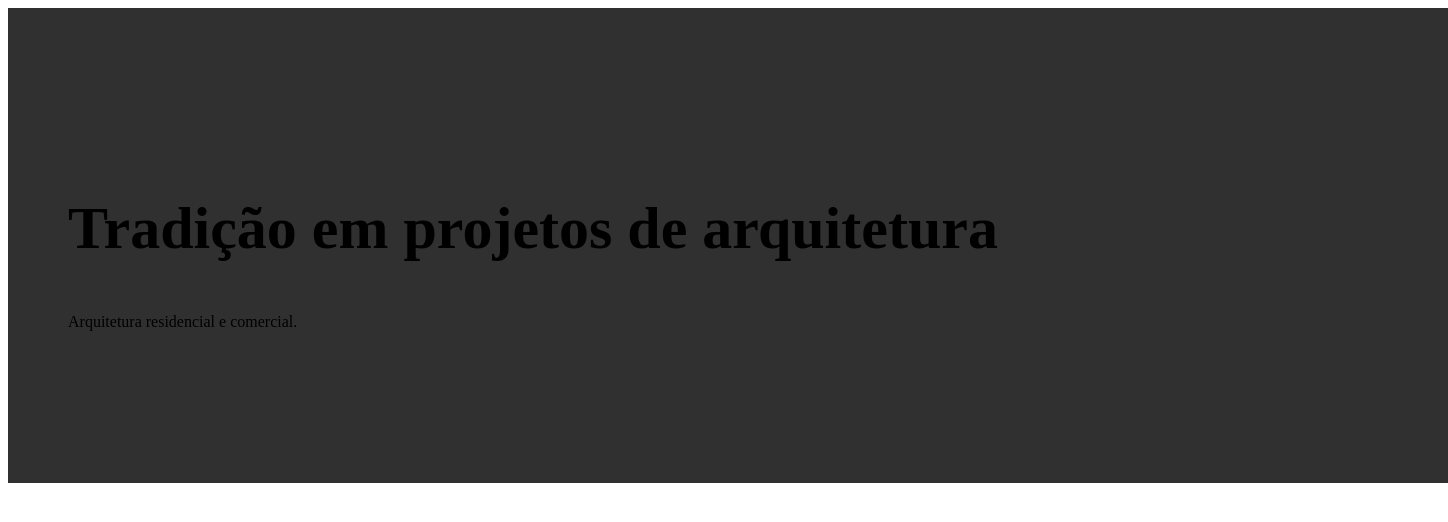
Repository: kleber-goncalves/RID196047_Desafio01
Page: index.html
An editor plug-in stored every save of this project. The page is shown before and after the next save, followed by the edit.
The browser window is 1280 px wide. The page is 1448 px wide, so the pictures cover 1448 px, including what lies to the right of the window. The pictures show the whole page.

Above is the page before, as saved 2024-12-18 16:33:32.

After the next save:
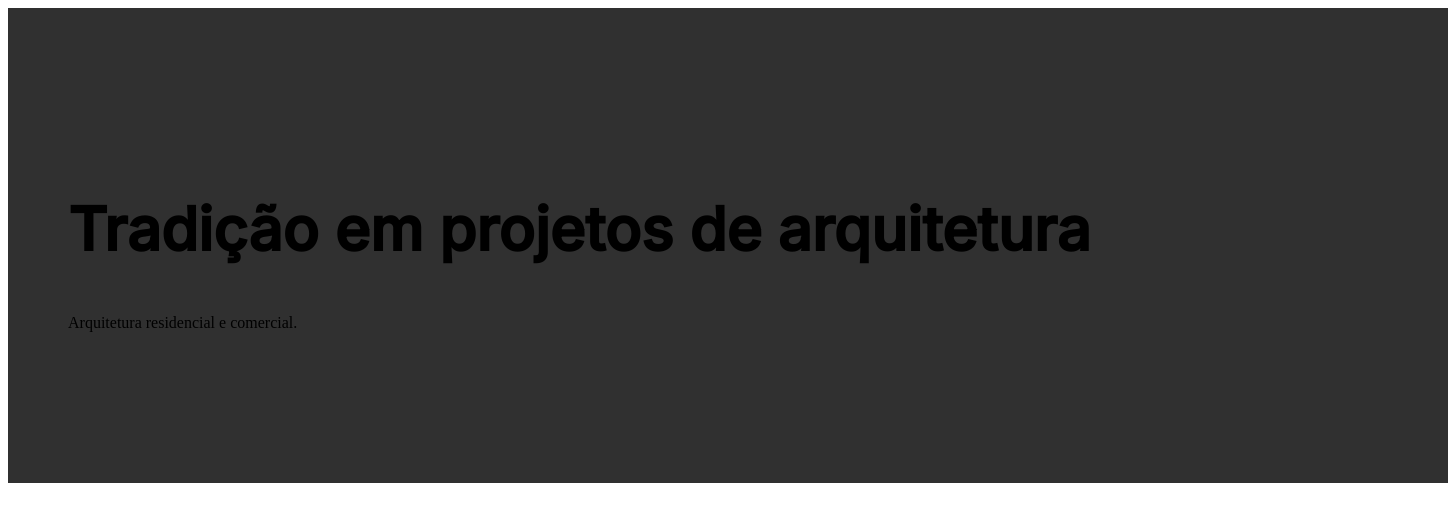
Saved 25 s later.
--- a/style.css
+++ b/style.css
@@ -15,7 +15,7 @@
 
 #txt-topo {
   margin-left: 60px;
-  font-family: in;
+  font-family: "Inter", serif;
   font-size: 60px;
 }
 
